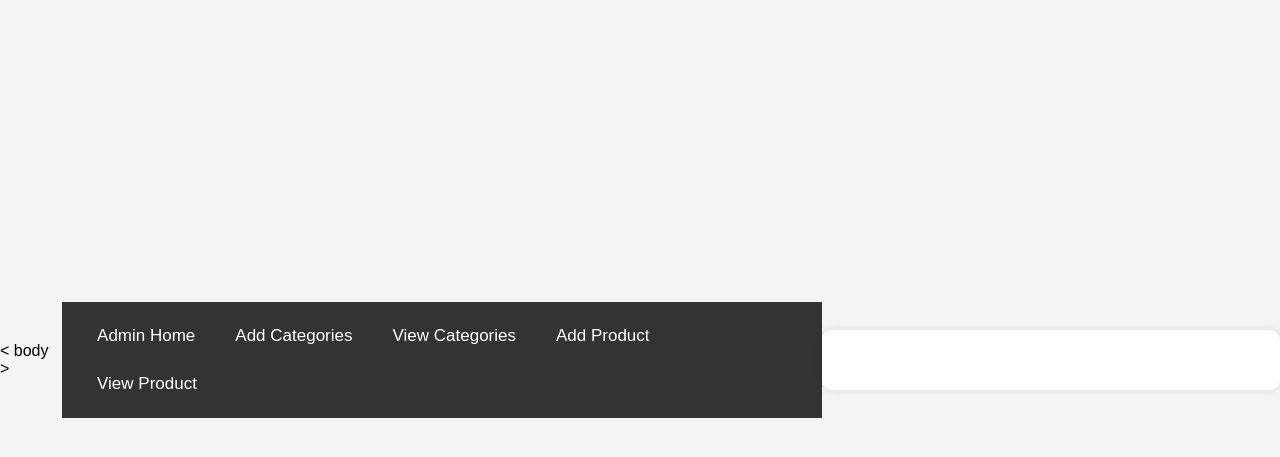
Repository: SimOneGraCias11/Montran_Training
Page: http://localhost/Project/addProduct.jsp
These files come from the project's save history. The page is drawn as it stood at one moment and after the next save; the edit follows.
The browser window is 1280 px wide. The pictures show the whole page.
The page is served by Tomcat 9.

Above is the page before, as saved 2024-08-10 23:08:50.

After the next save:
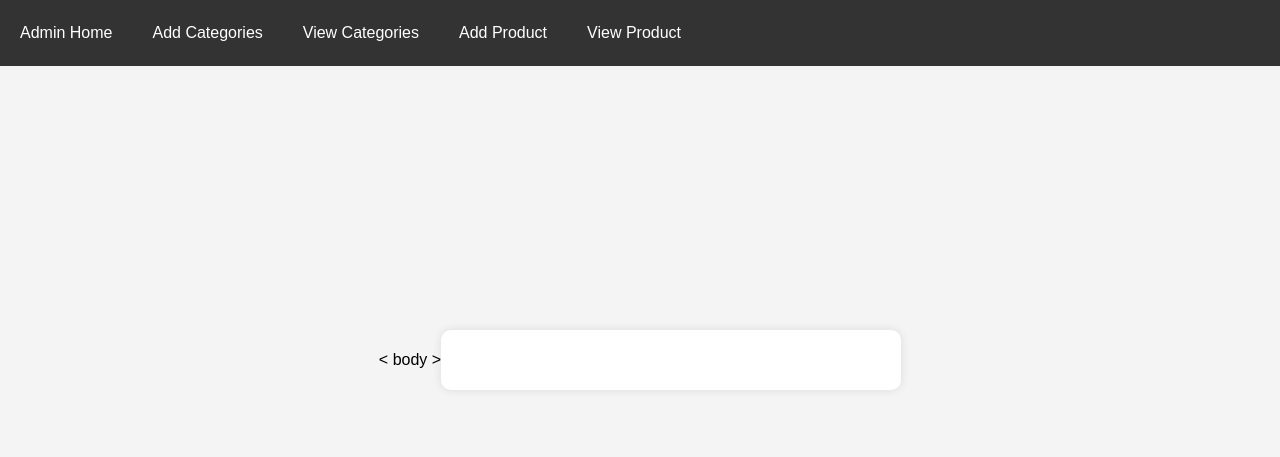
Saved 6 min 33 s later.
--- a/Project/src/main/webapp/header.jsp
+++ b/Project/src/main/webapp/header.jsp
@@ -4,10 +4,18 @@
 <html>
 <head>
 <style>
+body{
+margin:0;
+padding:0;
+}
 .navbar{
 background-color:#333;
 overflow:hidden;
 padding:10px 15px;
+position:fixed;
+top:0;
+width:100%;
+z-index:1000;
 }
 
 .navbar a{
@@ -16,7 +24,7 @@ color:white;
 text-align:center;
 padding:14px 20px;
 text-decoration:none;
-font-size:17px;
+font-size:16px;
 
 }
 .navbar a:hover{
@@ -28,7 +36,9 @@ color:black;
 background-color:#4CAF50;
 color:white;
 }
-
+.content{
+padding-top:60px;
+}
 </style>
 </head>
 <body>
@@ -40,5 +50,6 @@ color:white;
 <a href="viewProduct">View Product</a>
 
 </div>
+<div class="content"></div>
 </body>
 </html>
